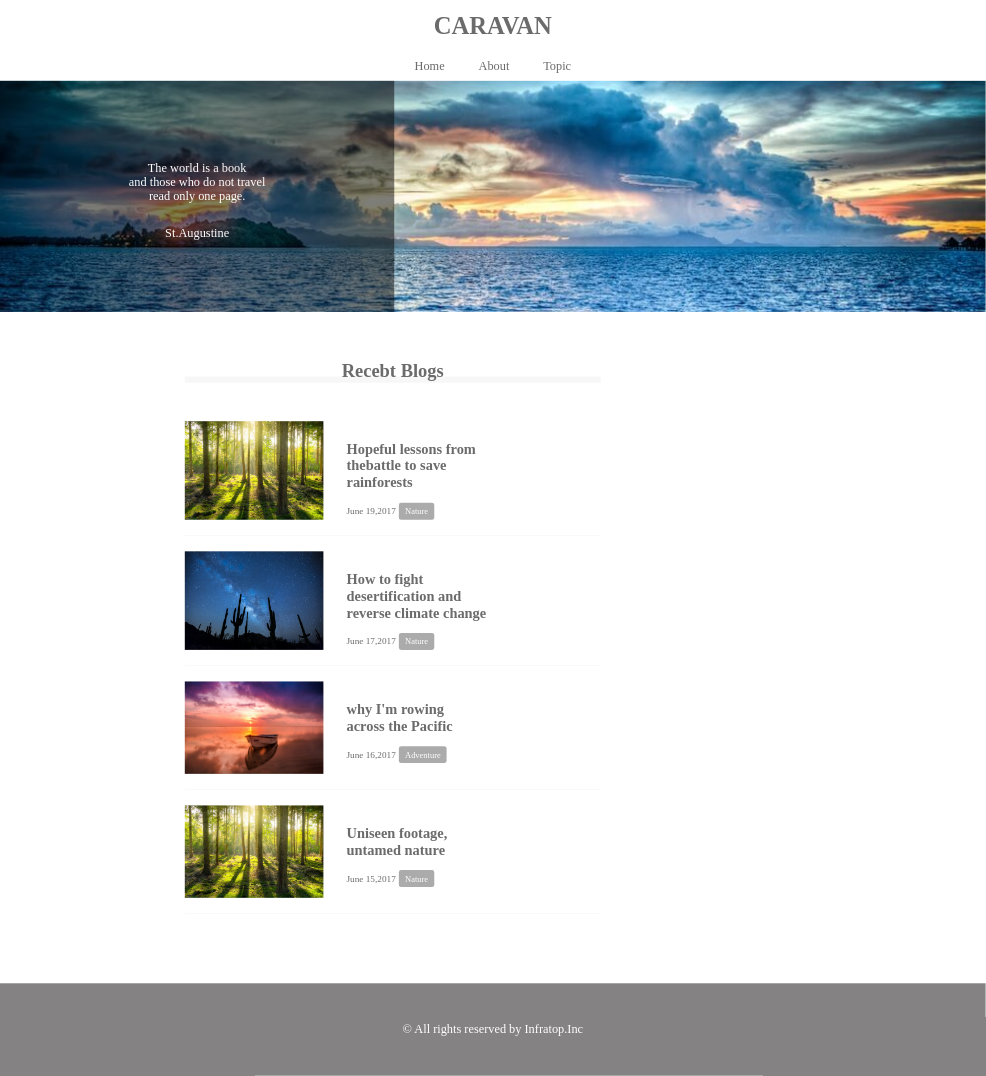
Repository: ego-boosting/html-practice1
Page: caravan/index.html
The author's editor kept a record of every edit. The page is drawn from the files as they stood at one moment, then again after the next edit.
The browser window is 1280 px wide. The pictures show the whole page, at 77% of full size.

Above is the page before.

### caravan/index.html
<!DOCTYPE html>
<html lang="ja">

  <head>
    <meta charset="UTF-8" />
    <link rel="stylesheet" href="style.css" />
    <title>CARAVAN</title>
  </head>

  <body>

    <header>
      <h1 class="heading">
        <a href="index.html">
          CARAVAN
        </a>

      </h1>
    </header>

    <nav>

      <ul class="nav-list">
        <li class="nav-list-item">
          <a href="index.html">Home</a>
        </li>
        <li class="nav-list-item">About</li>
        <li class="nav-list-item">Topic</li>

      </ul>

    </nav>


    <div class="main-visual">
      <div class="main-visual-content">

       <p class="main-visual-text">
         The world is a book<br/>
         and those who do not travel<br/>
         read only one page.
       </p>
       <p class="main-visual-name">
         St.Augustine
       </p>
       </div>
    </div>

    <main>

      <section class="blog">

       <h2 class="blog-heading">Recebt Blogs</h2>

      <div class="blog-box">
       <div class="blog-item">
        <img class="blog-image"src="img/forest.jpg">
        <section class="blog-text">
         <h3 class="blog-text-heading">
          <a href="sigle.html">
               Hopeful lessons from<br/>
               thebattle to save<br/>
               rainforests
          </a>
         </h3>
         <p class="blog-date">June 19,2017</p>
         <span class="category">Nature</span>
        </section>
       </div>
       <div class="blog-item">
        <img class="blog-image"src="img/desert.jpg">
        <section class="blog-text">
         <h3 class ="blog-text-heading">
          <a href="sigle.html">
               How to fight<br/>
               desertification and<br/>
               reverse climate change
          </a>
         </h3>
         <p class="blog-date">June 17,2017</p>
         <span class="category">Nature</span>
        </section>
       </div>
       <div class="blog-item">
        <img class="blog-image"src="img/sunset.jpg">
        <section class="blog-text">
         <h3 class="blog-text-heading">
          <a href="sigle.html">
                why I'm rowing<br/>
                across the Pacific
          </a>
         </h3>
         <p class="blog-date">June 16,2017</p>
         <span class="category">Adventure</span>
        </section>
       </div>
       <div class="blog-item">
        <img class="blog-image"src="img/forest.jpg">
        <section class="blog-text">
         <h3 class="blog-text-heading">
          <a href="sigle.html">
                Uniseen footage,<br/>
                untamed nature
          </a>
         </h3>
         <p class="blog-date">June 15,2017</p>
         <span class="category">Nature</span>
        </section>
       </div>

       </div>

      </section>

      <div class="sidebar"></div>

      </main>

    </div>

    <footer>
      <p class="footer-text">© All rights reserved by Infratop.Inc️</p>
    </footer>
  </body>
</html>

### caravan/style.css
* {
  margin: 0;
  padding: 0;
  box-sizing: border-box;
  color:#6c6b6b;
}

a{
  text-decoration:none;
}

header{
  width:90%;
  padding:15px 0;
  margin:0 auto;
  text-align:center;
}

header.heading{
  font-size:32px;
}

.nav-list{
  text-align:center;
  padding:10px 0;
  margin:0 auto;
}

.nav-list-item{
  list-style:none;
  display:inline-block;
  margin:0 20px;
}

.main-visual {
  width: 100%;
  height: 300px;
  background-image:url(img/mv.jpg);
  background-size:cover;
  background-position:center;
}

.main-visual-content {
  width: 40%;
  height: 300px;
  background-color:rgba(0,0,0,0.5);
  text-align:center;
  padding-top:105px;
}

.main-visual-text{
  color:#fff;
}

.main-visual-name{
  margin-top:30px;
  color:#fff;
}

main{
  width:800px;
  display:flex;
  justify-content:center;
  margin:0 auto;
  padding:70px 0;
}

.blog {
  width:540px;
  margin-right:30px;
}

.blog-heading{
  border-bottom:8px solid#f7f7f7;
  text-align:center;
  line-height:0.6;
}

.blog-item{
  padding-bottom:20px;
  margin-bottom:20px;
  border-bottom:1px solid#f7f7f7;
  display:flex;
  justify-content:flex-start;
}

.blog-box{
  padding-top:50px;
}

.blog-image{
  width:180px;
}

.blog-text{
  padding:25px 0 0 30px;
}

.blog-text-heading{
  padding-bottom:15px;
}

.blog-date{
  font-size:12px;
  display:inline-block;
}

.category{
  display:inline-block;
  padding:5px 8px;
  background-color:#acabab;
  border-radius:3px;
  color:#fff;
  font-size:11px;
}

.sidebar {
  width:230px;
}

footer{
  width:100%;
  height:120px;
  text-align:center;
  line-height:120px;
  background-color:#848282;
}

.footer-text{
  color:#fff;
}

After the next edit:
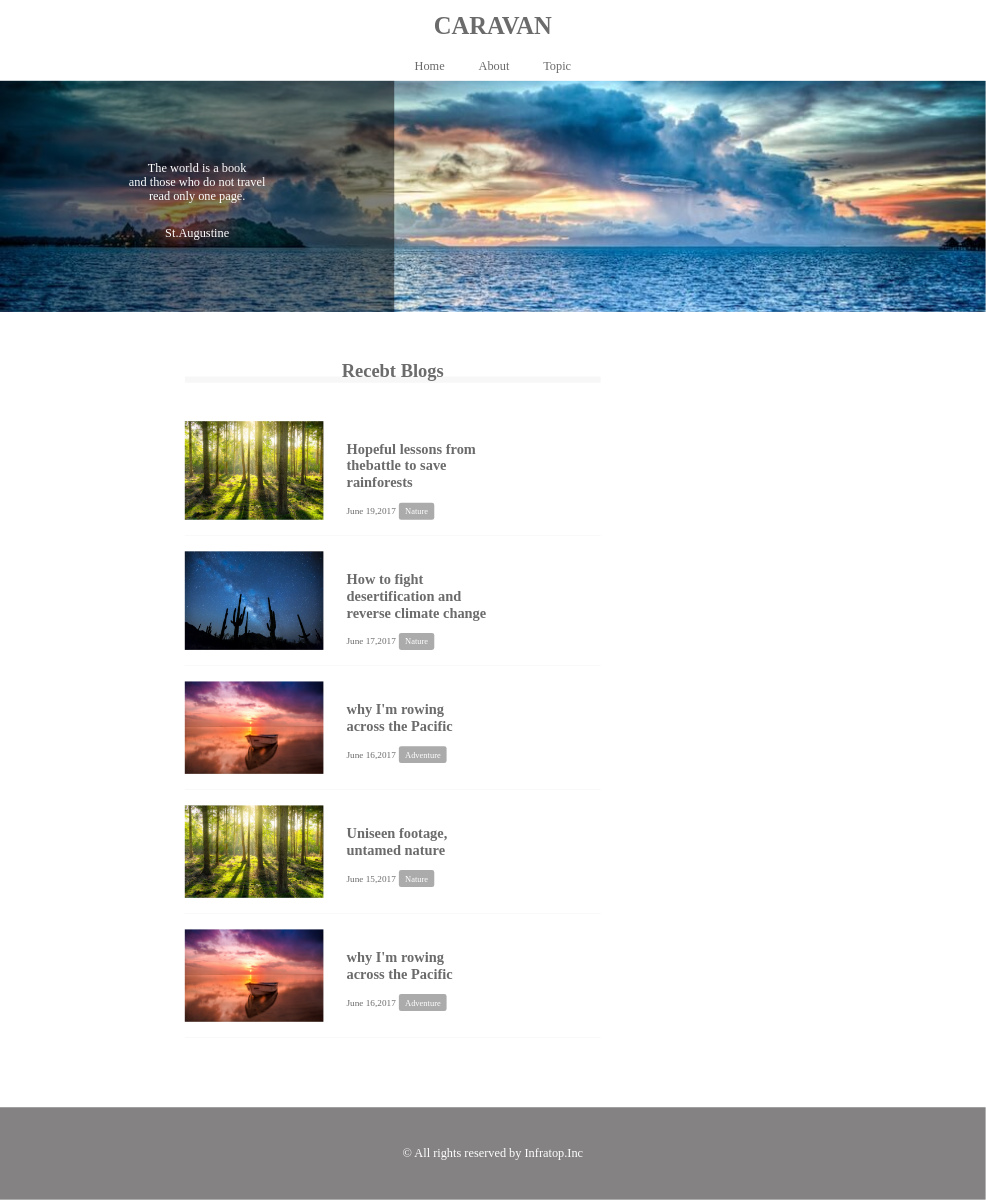
The edit:
--- a/caravan/index.html
+++ b/caravan/index.html
@@ -106,6 +106,19 @@
          <p class="blog-date">June 15,2017</p>
          <span class="category">Nature</span>
         </section>
+        </div>
+
+        <div class="blog-item">
+        <img class="blog-image"src="img/sunset.jpg">
+        <section class="blog-text">
+         <h3 class="blog-text-heading">
+          <a href="sigle.html">
+                why I'm rowing<br/>
+                across the Pacific
+          </a>
+         </h3>
+         <p class="blog-date">June 16,2017</p>
+         <span class="category">Adventure</span>
        </div>
 
        </div>
